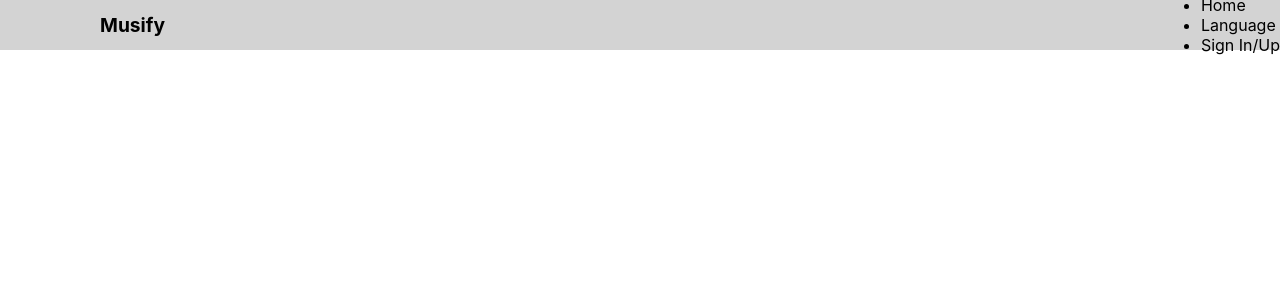
Repository: yuqiant/musify
Page: / (app in musify/)
The author's editor kept a copy of each file at every save. The page is drawn from the files as they stood at one save, then again after the next save.
The browser window is 1280 px wide. The pictures show the whole page.
The project was rebuilt for these pictures with package versions that can differ from the ones it lists, and the page was loaded fresh each time. Also part of the build but not shown: musify/src/App.css, musify/src/home/index.js.

Above is the page before, as saved 2023-11-30 00:57:48.

After the next save:
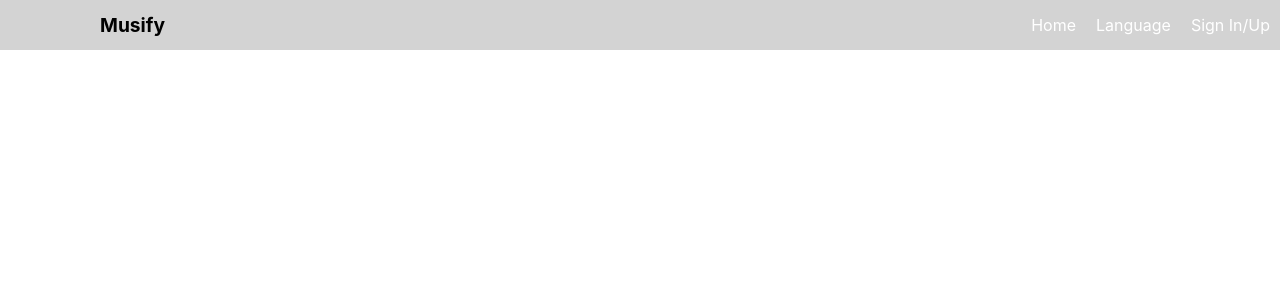
Saved 5 min 20 s later.
--- a/musify/src/navbar/index.js
+++ b/musify/src/navbar/index.js
@@ -85,17 +85,17 @@ const Navbar = () => {
 
             {/* 导航链接 */}
             <ul className="nav-menu">
-                <li className="nav-item">
+                <li className="list-group-item">
                     {/* <NavLink exact to="/" activeClassName="active"> */}
                     Home
                     {/* </NavLink> */}
                 </li>
-                <li className="nav-item">
+                <li className="list-group-item">
                     {/* <NavLink to="/language" activeClassName="active"> */}
                     Language
                     {/* </NavLink> */}
                 </li>
-                <li className="nav-item">
+                <li className="list-group-item">
                     {/* <NavLink to="/signin" activeClassName="active"> */}
                     Sign In/Up
                     {/* </NavLink> */}
